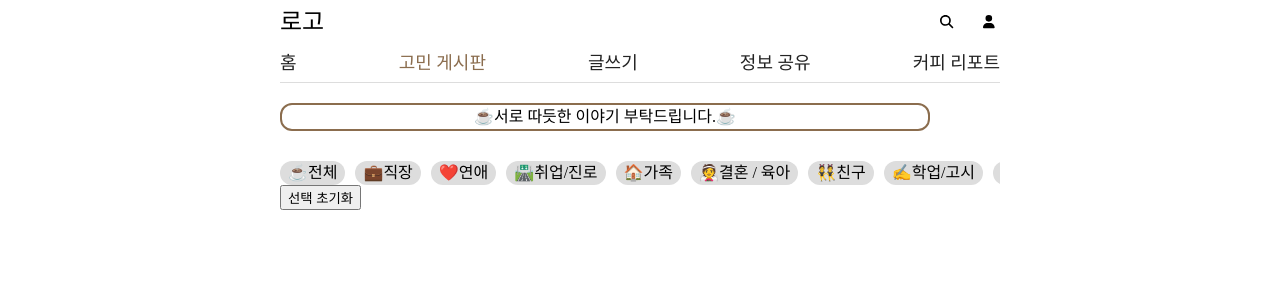
Repository: zlazlazla35/coffee
Page: /list
The author's editor kept a copy of each file at every save. The page is drawn from the files as they stood at one save, then again after a run of saves.
The browser window is 1280 px wide. The pictures show the whole page.
Some web fonts or font styles are not loaded; a fallback is used. The project was rebuilt for these pictures with package versions that can differ from the ones it lists, and the page was loaded fresh each time. The framework's server and built-in components were replaced by stand-ins that run in the browser. Also part of the build but not shown: next.config.mjs.

Above is the page before, as saved 2024-12-26 17:12:51.

### src/app/layout.js
import { Geist, Geist_Mono } from "next/font/google";
import "./globals.css";
import Link from "next/link";
import { FontAwesomeIcon } from '@fortawesome/react-fontawesome'
import { faMagnifyingGlass, faUser } from '@fortawesome/free-solid-svg-icons'
import NavMenu from "./component/NavMenu";

const geistSans = Geist({
  variable: "--font-geist-sans",
  subsets: ["latin"],
});

const geistMono = Geist_Mono({
  variable: "--font-geist-mono",
  subsets: ["latin"],
});

export const metadata = {
  title: "Create Next App",
  description: "Generated by create next app",
};

export default function RootLayout({ children }) {
  return (
    <html lang="en">
      <body className={`${geistSans.variable} ${geistMono.variable}`}>
        <div className="nav_bar">
          <div className="nav_bar_top">
            <Link className="logo" href={'/'}>로고</Link>
            <div className="userBox">
              <button>
                <FontAwesomeIcon icon={faMagnifyingGlass} />
              </button>
              <button>
                <FontAwesomeIcon icon={faUser} />
              </button>
            </div>
          </div>
          <div className="nav_bar_bottom">
          <NavMenu></NavMenu>
          </div>
        </div>
        {children}
      </body>
    </html>
  );
}

### src/app/list/page.js
'use client'
import { useState } from "react"

export default function List() {
    let [tagList, setTagList] = useState(['☕전체','💼직장', '❤️연애', '🛣️취업/진로', '🏠가족', '👰결혼 / 육아', '👯친구', '✍️학업/고시', '🚫중독', '💰사업 / 금전', '💉질병 / 질환']);
    let [tagActive, setTagActive] = useState([true, false, false, false, false, false, false, false, false, false, false])
    let [test, setTest] = useState(false)






    return (
        <div className="liset_page">
            <div className="top_border">
                ☕서로 따듯한 이야기 부탁드립니다.☕
            </div>
            <div className="tag">
                <ul className="tag_list">
                    {
                        tagList.map((item, i)=>{

                            return(
                                <li className={tagActive[i == true ? 'on' : null]} key={i} onClick={(e)=>{

                                }} >{item}</li>
                            )
                        })
                    }
                </ul>
            </div>
            <button>선택 초기화</button>
        </div>
    )
}

//

### src/app/globals.css
@font-face {
    font-family: 'Ownglyph_StudyHard-Rg';
    src: url('https://fastly.jsdelivr.net/gh/projectnoonnu/2411-3@1.0/Ownglyph_StudyHard-Rg.woff2') format('woff2');
    font-weight: normal;
    font-style: normal;
}
/* /styles/reset.css */
body {font-family: 'Ownglyph_StudyHard-Rg' !important;}
html, body, div, span, applet, object, iframe,
h1, h2, h3, h4, h5, h6, p, blockquote, pre,
a, abbr, acronym, address, big, cite, code,
del, dfn, em, img, ins, kbd, q, s, samp,
small, strike, strong, sub, sup, tt, var,
b, u, i, center,
dl, dt, dd, ol, ul, li,
fieldset, form, label, legend,
table, caption, tbody, tfoot, thead, tr, th, td,
article, aside, canvas, details, embed,
figure, figcaption, footer, header, hgroup,
menu, nav, output, ruby, section, summary,
time, mark, audio, video {
	margin: 0;
	padding: 0;
	border: 0;
	font-size: 100%;
	font: inherit;
	vertical-align: baseline;
}
/* HTML5 display-role reset for older browsers */
article, aside, details, figcaption, figure,
footer, header, hgroup, menu, nav, section {
	display: block;
}
body {
	line-height: 1;
}
ol, ul {
	list-style: none;
}
blockquote, q {
	quotes: none;
}
blockquote:before, blockquote:after,
q:before, q:after {
	content: '';
	content: none;
}
table {
	border-collapse: collapse;
	border-spacing: 0;
}
input:focus {outline: none;}
a {text-decoration: none; color: inherit;}


.nav_bar {width: 100%; max-width: 720px; margin: 0 auto;}
.nav_bar .nav_bar_top {width: 100%; display: flex; align-items: center; justify-content: space-between; box-sizing: border-box; padding: 10px 0; }
.nav_bar .nav_bar_top .logo {font-size: 24px; }
.nav_bar .nav_bar_top .userBox {display: flex; align-items: center;}
.nav_bar .nav_bar_top .userBox button {width: 22px; display: block; background: none; border: none; padding: 0;}
.nav_bar .nav_bar_top .userBox button {margin-right: 20px;}
.nav_bar .nav_bar_top .userBox button:last-child {margin-right: 0;}
.nav_bar .nav_bar_bottom {width: 100%; }
.nav_bar .nav_bar_bottom .nav_list {display: flex; align-items: center; justify-content: space-between; box-sizing: border-box; padding: 10px 0; border-bottom: 1px solid #ddd;}
.nav_bar .nav_bar_bottom .nav_list li { font-size: 18px; color: #232323; }
.nav_bar .nav_bar_bottom .nav_list li a.active {color: #8b6d4e; }


.liset_page {width: 100%; max-width: 720px; margin: 0 auto;}
.liset_page .top_border {width: 100%; max-width: 650px; border: 2px solid #8b6d4e; border-radius: 12px; display: flex; align-items: center; justify-content: center; font-size: 16px; box-sizing: border-box; padding: 4px; margin: 20px 0 30px;}
.liset_page .tag {width: 100%;}
.liset_page .tag .tag_list {width: 100%; display: flex; align-items: center; white-space: nowrap; overflow-x: scroll;}
.liset_page .tag .tag_list::-webkit-scrollbar {height: 8px;}
.liset_page .tag .tag_list::-webkit-scrollbar-thumb {background: #a89f96; border-radius: 10px; }
.liset_page .tag .tag_list::-webkit-scrollbar-track {background: rgba(123, 87, 8, 0.1); }
.liset_page .tag .tag_list li {background: #ddd; font-size: 16px; box-sizing: border-box; padding: 4px 8px; border-radius: 12px; margin-right: 10px; cursor: pointer;}
.liset_page .tag .tag_list li:last-child {margin-right: 0;}
.liset_page .tag .tag_list li.on {background: #8b6d4e; color: #fff;}

### src/app/component/NavMenu.js
'use client'

import Link from "next/link";
import { usePathname } from "next/navigation";

export default function NavMenu() {
    const pathname = usePathname();

    return (
        <ul className="nav_list">
            <li>
                <Link href={'/'}>홈</Link>
            </li>
            <li>
                <Link className={pathname == '/list'? 'active' : null} href={'/list'}>고민 게시판</Link>
            </li>
            <li>
                <Link className={pathname == '/writing'? 'active' : null} href={'/writing'}>글쓰기</Link>
            </li>
            <li>
                <Link className={pathname == '/share'? 'active' : null} href={'/share'}>정보 공유</Link>
            </li>
            <li>
                <Link className={pathname == '/report'? 'active' : null} href={'/report'}>커피 리포트</Link>
            </li>
        </ul>
    )
}

After the next 2 saves:
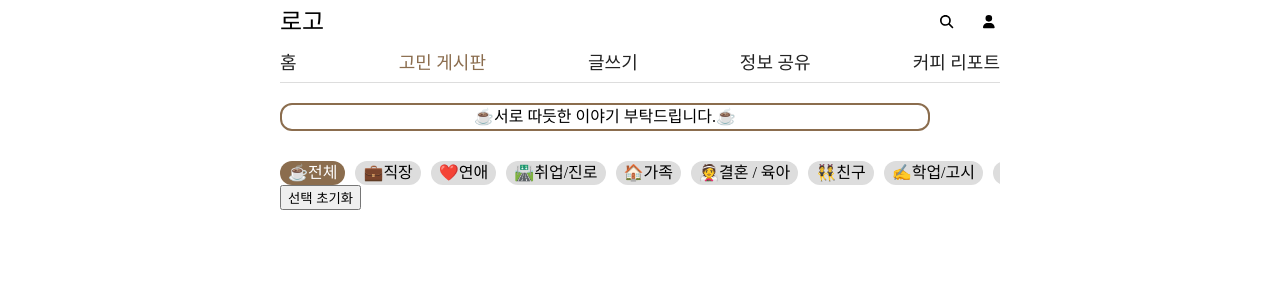
The 2 saves are shown as one change because they came seconds apart.
The last was saved 8 s later.
--- a/src/app/list/page.js
+++ b/src/app/list/page.js
@@ -22,7 +22,7 @@ export default function List() {
                         tagList.map((item, i)=>{
 
                             return(
-                                <li className={tagActive[i == true ? 'on' : null]} key={i} onClick={(e)=>{
+                                <li className={tagActive[i] == true ? 'on' : null} key={i} onClick={(e)=>{
 
                                 }} >{item}</li>
                             )
